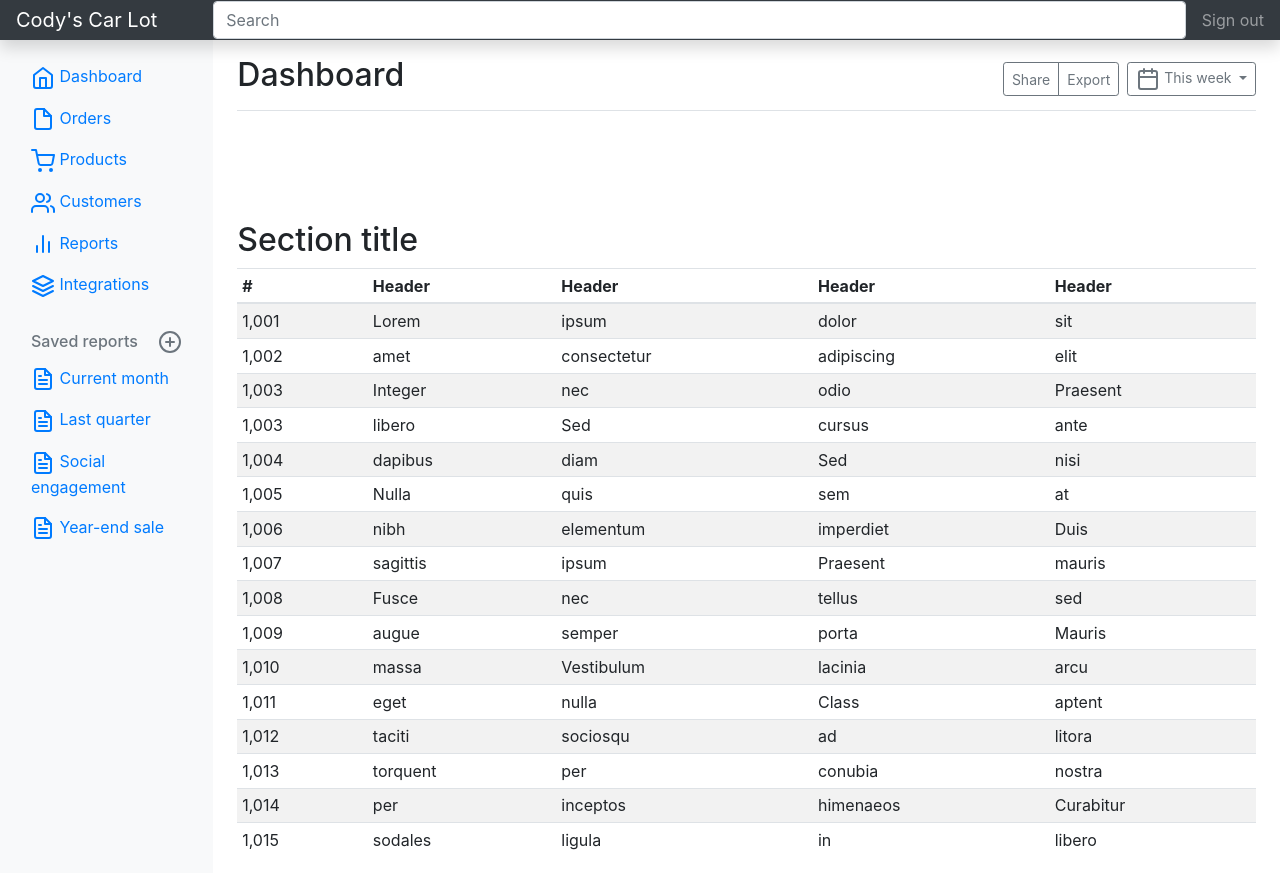
Repository: CodyHogge/CarDealershipProject
Page: http://localhost/CarDealershipProject/booted_auction.jsp
The author's editor kept a copy of each file at every save. The page is drawn from the files as they stood at one save, then again after the next save.
The browser window is 1280 px wide. The pictures show the whole page.
The page is served by Tomcat 9.

Above is the page before, as saved 2020-09-16 14:43:49.

After the next save:
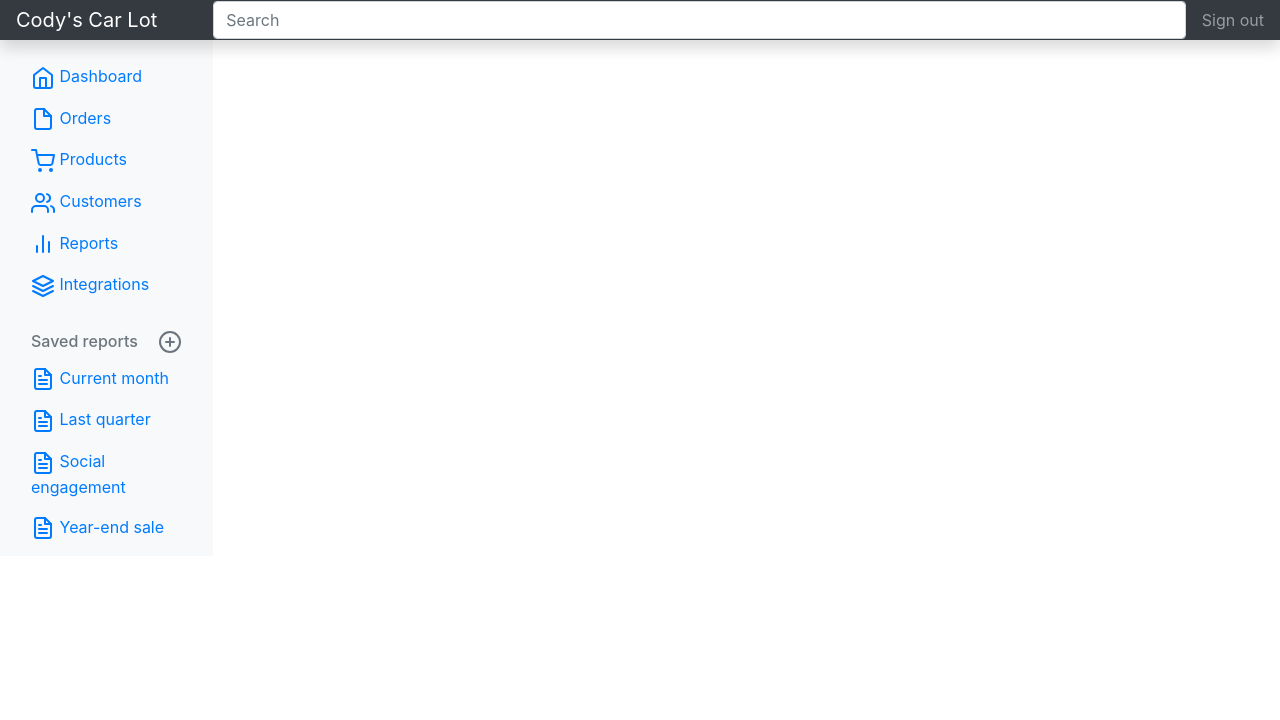
Saved 69 s later.
--- a/CarDealershipProject/WebContent/booted_auction.jsp
+++ b/CarDealershipProject/WebContent/booted_auction.jsp
@@ -99,152 +99,7 @@
       </div>
     </nav>
 
-    <main role="main" class="col-md-9 ml-sm-auto col-lg-10 px-md-4"><div class="chartjs-size-monitor" style="position: absolute; left: 0px; top: 0px; right: 0px; bottom: 0px; overflow: hidden; pointer-events: none; visibility: hidden; z-index: -1;"><div class="chartjs-size-monitor-expand" style="position:absolute;left:0;top:0;right:0;bottom:0;overflow:hidden;pointer-events:none;visibility:hidden;z-index:-1;"><div style="position:absolute;width:1000000px;height:1000000px;left:0;top:0"></div></div><div class="chartjs-size-monitor-shrink" style="position:absolute;left:0;top:0;right:0;bottom:0;overflow:hidden;pointer-events:none;visibility:hidden;z-index:-1;"><div style="position:absolute;width:200%;height:200%;left:0; top:0"></div></div></div>
-      <div class="d-flex justify-content-between flex-wrap flex-md-nowrap align-items-center pt-3 pb-2 mb-3 border-bottom">
-        <h1 class="h2">Dashboard</h1>
-        <div class="btn-toolbar mb-2 mb-md-0">
-          <div class="btn-group mr-2">
-            <button type="button" class="btn btn-sm btn-outline-secondary">Share</button>
-            <button type="button" class="btn btn-sm btn-outline-secondary">Export</button>
-          </div>
-          <button type="button" class="btn btn-sm btn-outline-secondary dropdown-toggle">
-            <svg xmlns="http://www.w3.org/2000/svg" width="24" height="24" viewBox="0 0 24 24" fill="none" stroke="currentColor" stroke-width="2" stroke-linecap="round" stroke-linejoin="round" class="feather feather-calendar"><rect x="3" y="4" width="18" height="18" rx="2" ry="2"></rect><line x1="16" y1="2" x2="16" y2="6"></line><line x1="8" y1="2" x2="8" y2="6"></line><line x1="3" y1="10" x2="21" y2="10"></line></svg>
-            This week
-          </button>
-        </div>
-      </div>
 
-      <canvas class="my-4 w-100 chartjs-render-monitor" id="myChart" width="207" height="86" style="display: block; height: 62px; width: 148px;"></canvas>
-
-      <h2>Section title</h2>
-      <div class="table-responsive">
-        <table class="table table-striped table-sm">
-          <thead>
-            <tr>
-              <th>#</th>
-              <th>Header</th>
-              <th>Header</th>
-              <th>Header</th>
-              <th>Header</th>
-            </tr>
-          </thead>
-          <tbody>
-            <tr>
-              <td>1,001</td>
-              <td>Lorem</td>
-              <td>ipsum</td>
-              <td>dolor</td>
-              <td>sit</td>
-            </tr>
-            <tr>
-              <td>1,002</td>
-              <td>amet</td>
-              <td>consectetur</td>
-              <td>adipiscing</td>
-              <td>elit</td>
-            </tr>
-            <tr>
-              <td>1,003</td>
-              <td>Integer</td>
-              <td>nec</td>
-              <td>odio</td>
-              <td>Praesent</td>
-            </tr>
-            <tr>
-              <td>1,003</td>
-              <td>libero</td>
-              <td>Sed</td>
-              <td>cursus</td>
-              <td>ante</td>
-            </tr>
-            <tr>
-              <td>1,004</td>
-              <td>dapibus</td>
-              <td>diam</td>
-              <td>Sed</td>
-              <td>nisi</td>
-            </tr>
-            <tr>
-              <td>1,005</td>
-              <td>Nulla</td>
-              <td>quis</td>
-              <td>sem</td>
-              <td>at</td>
-            </tr>
-            <tr>
-              <td>1,006</td>
-              <td>nibh</td>
-              <td>elementum</td>
-              <td>imperdiet</td>
-              <td>Duis</td>
-            </tr>
-            <tr>
-              <td>1,007</td>
-              <td>sagittis</td>
-              <td>ipsum</td>
-              <td>Praesent</td>
-              <td>mauris</td>
-            </tr>
-            <tr>
-              <td>1,008</td>
-              <td>Fusce</td>
-              <td>nec</td>
-              <td>tellus</td>
-              <td>sed</td>
-            </tr>
-            <tr>
-              <td>1,009</td>
-              <td>augue</td>
-              <td>semper</td>
-              <td>porta</td>
-              <td>Mauris</td>
-            </tr>
-            <tr>
-              <td>1,010</td>
-              <td>massa</td>
-              <td>Vestibulum</td>
-              <td>lacinia</td>
-              <td>arcu</td>
-            </tr>
-            <tr>
-              <td>1,011</td>
-              <td>eget</td>
-              <td>nulla</td>
-              <td>Class</td>
-              <td>aptent</td>
-            </tr>
-            <tr>
-              <td>1,012</td>
-              <td>taciti</td>
-              <td>sociosqu</td>
-              <td>ad</td>
-              <td>litora</td>
-            </tr>
-            <tr>
-              <td>1,013</td>
-              <td>torquent</td>
-              <td>per</td>
-              <td>conubia</td>
-              <td>nostra</td>
-            </tr>
-            <tr>
-              <td>1,014</td>
-              <td>per</td>
-              <td>inceptos</td>
-              <td>himenaeos</td>
-              <td>Curabitur</td>
-            </tr>
-            <tr>
-              <td>1,015</td>
-              <td>sodales</td>
-              <td>ligula</td>
-              <td>in</td>
-              <td>libero</td>
-            </tr>
-          </tbody>
-        </table>
-      </div>
-    </main>
   </div>
 </div>
 </body>
